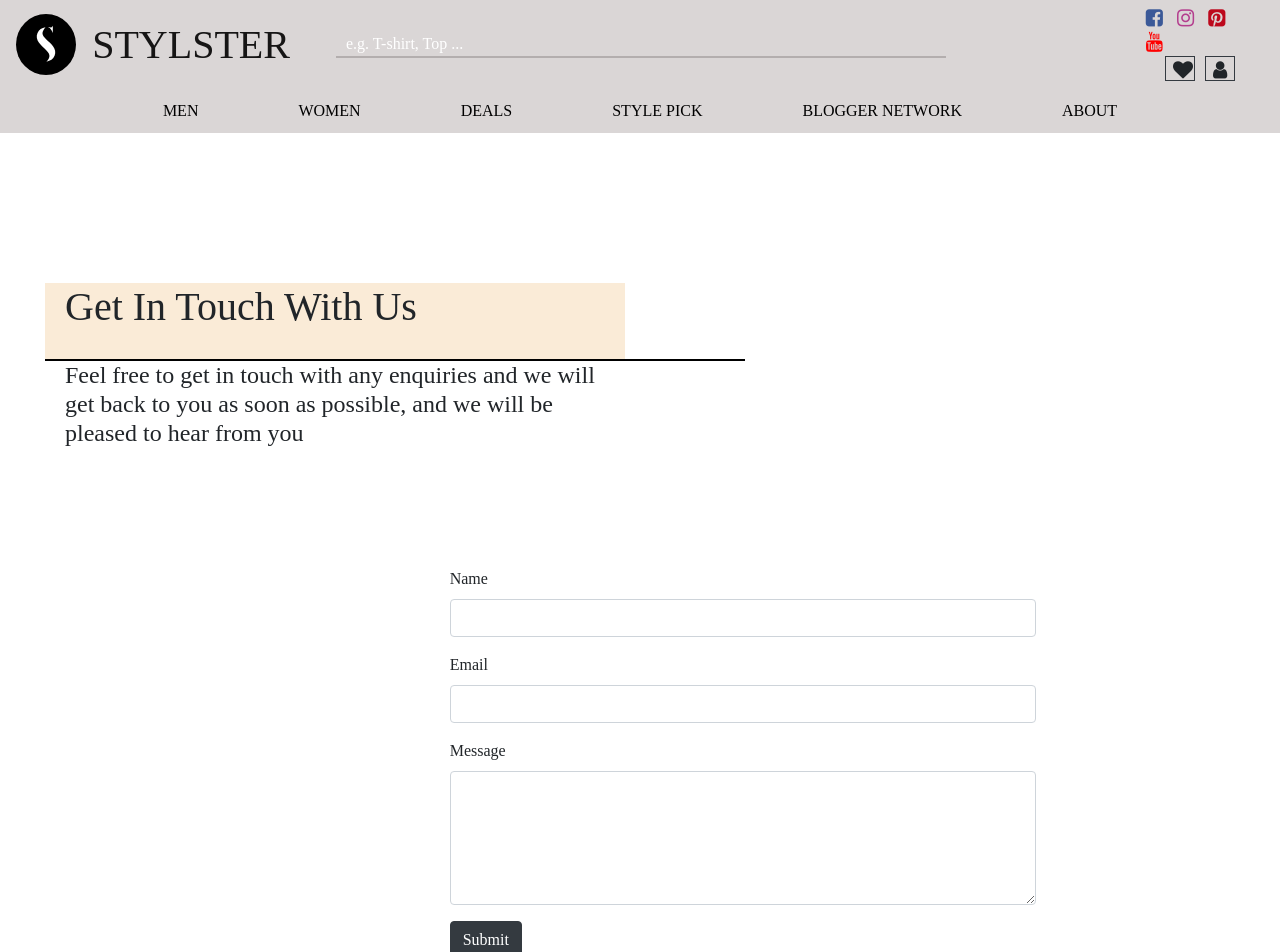
Repository: Lovekr/stylester
Page: stylster_frontend_design/contact.html
An editor plug-in stored every save of this project. The page is shown before and after the next save, followed by the edit.
The browser window is 1280 px wide. The pictures show the part of the page from y = 0 to 952 px (the page is 1671 px tall before and 1551 px after).
A picture or video elsewhere on the page could not be fetched, so the positions and the page height are approximate. Some web fonts or font styles are not loaded; a fallback is used.

Above is the page before, as saved 2020-02-26 15:55:44.

After the next save:
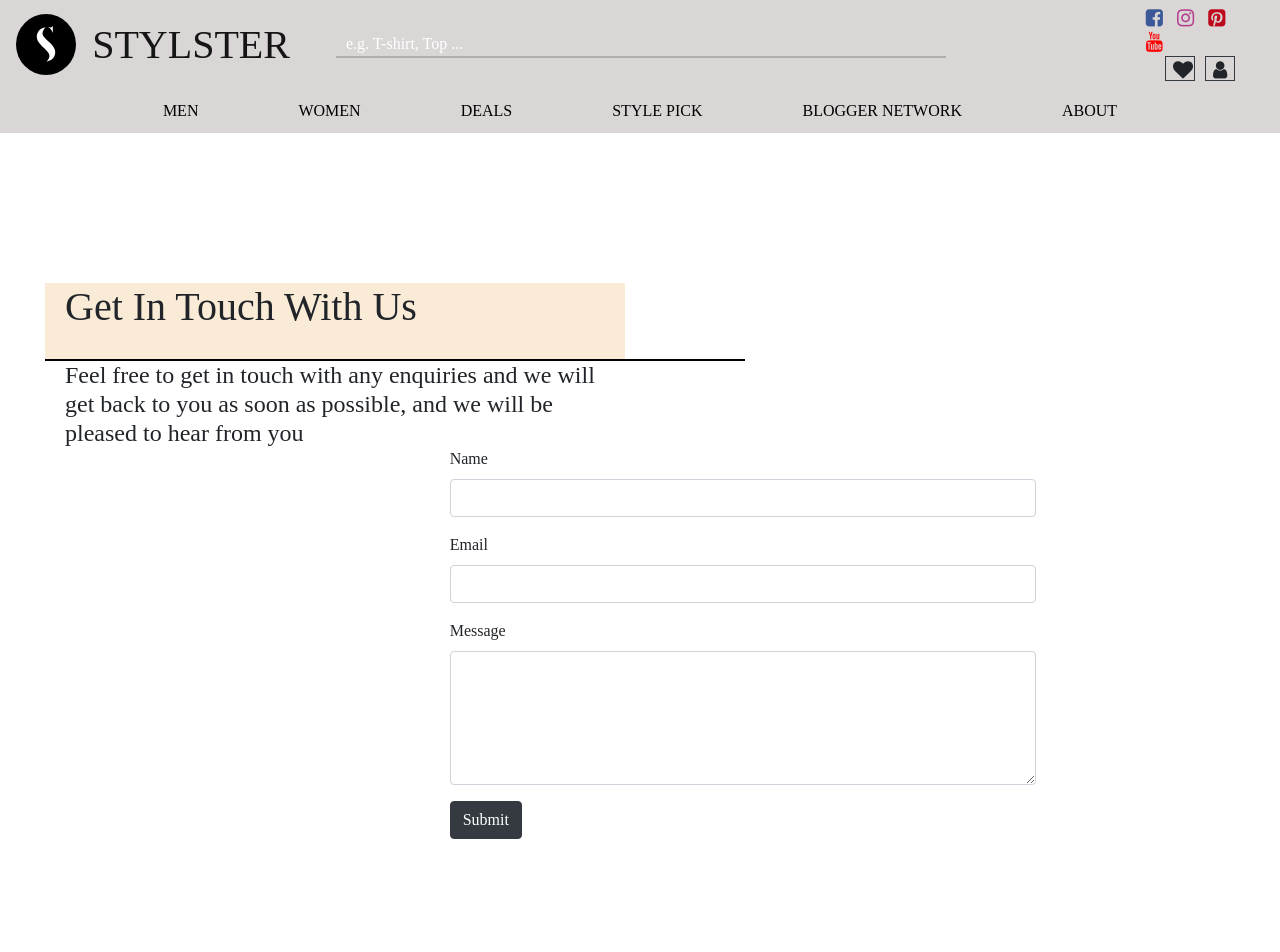
Saved 19 min 11 s later.
--- a/stylster_frontend_design/css/contact.css
+++ b/stylster_frontend_design/css/contact.css
@@ -189,6 +189,7 @@
   .contactUs .Touch h1, .contactUs .Touch h4{
       padding-left: 20px;
   }
+  .contactUs:after
   form{
       margin-top: 120px;
   }

After the save that followed:
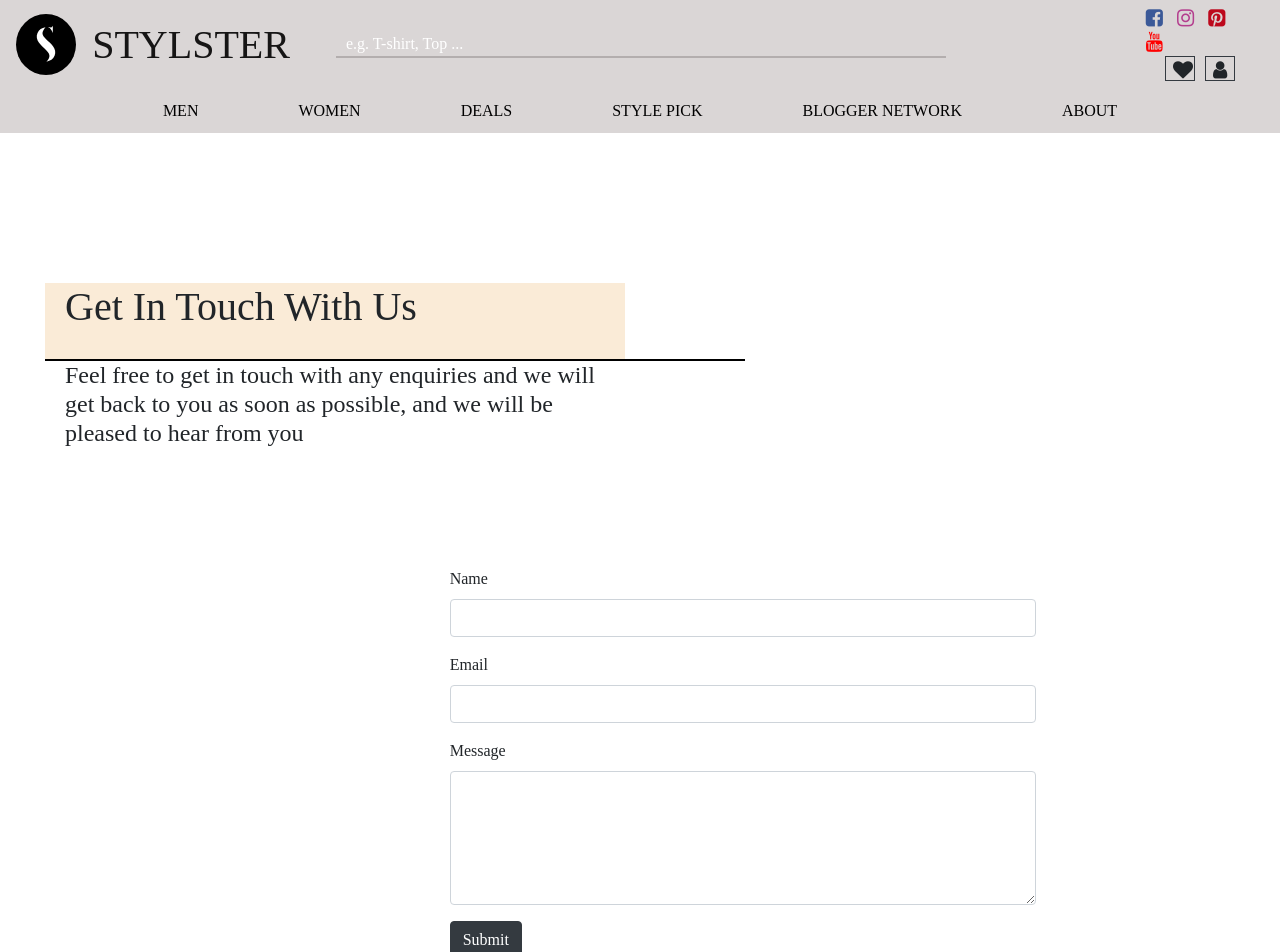
Saved 85 s later.
--- a/stylster_frontend_design/css/contact.css
+++ b/stylster_frontend_design/css/contact.css
@@ -189,7 +189,10 @@
   .contactUs .Touch h1, .contactUs .Touch h4{
       padding-left: 20px;
   }
-  .contactUs:after
+  .contactUs:after{
+      background: #000000;
+  }
+
   form{
       margin-top: 120px;
   }
